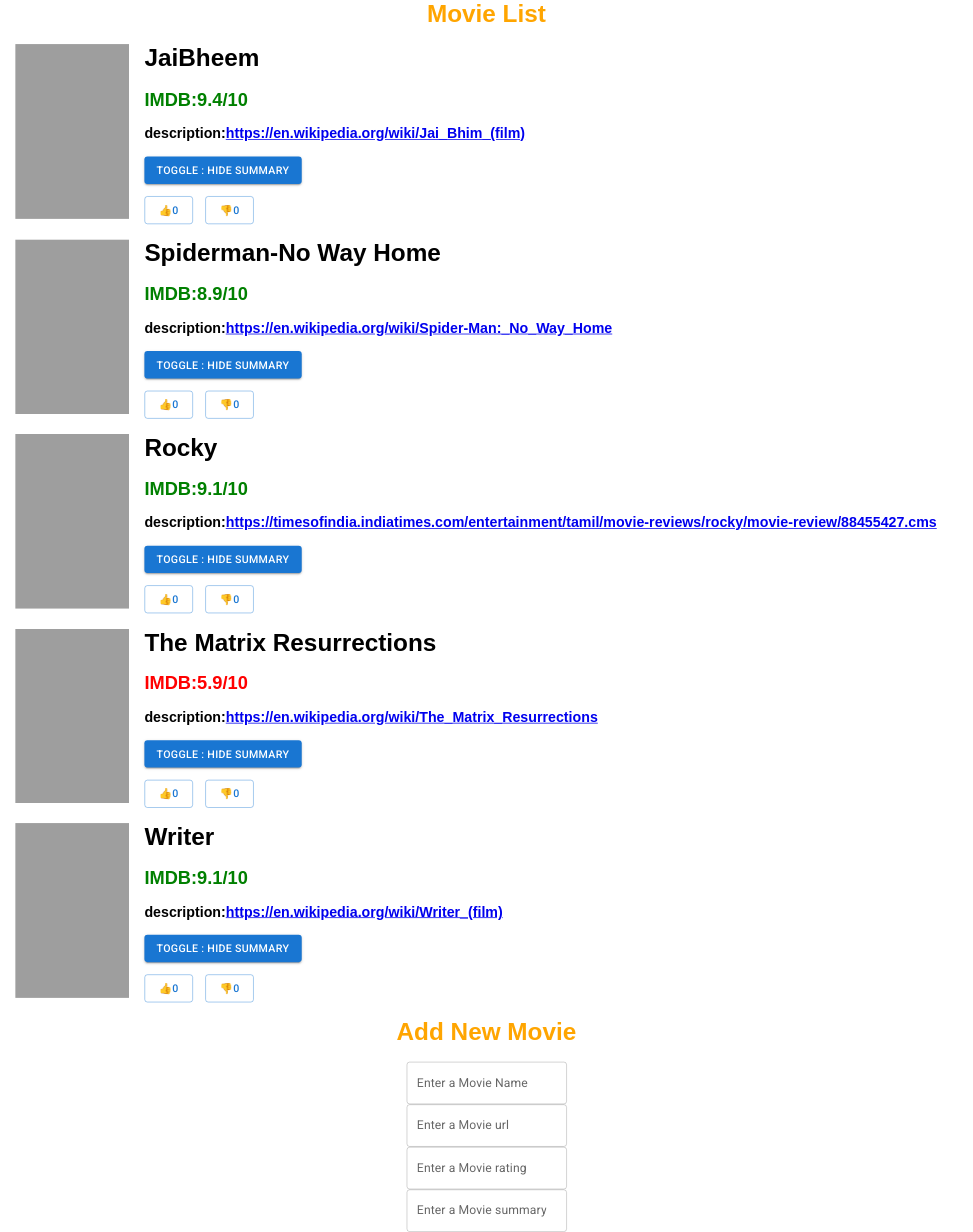
Repository: baladhinesh18/first-app
Page: /
The author's editor kept a copy of each file at every save. The page is drawn from the files as they stood at one save, then again after the next save.
The browser window is 1280 px wide. The pictures show the whole page, at 76% of full size.
Pictures or frames that could not be fetched are drawn as grey boxes. The project was rebuilt for these pictures with package versions that can differ from the ones it lists, and the page was loaded fresh each time.

Above is the page before, as saved 2022-01-07 13:43:24.

### public/index.html
<!DOCTYPE html>
<html lang="en">
  <head>
    <meta charset="utf-8" />
    <!-- <link rel="icon" href="%PUBLIC_URL%/favicon.ico" /> -->
    <meta name="viewport" content="width=device-width, initial-scale=1" />
    <meta name="theme-color" content="#000000" />
    <meta
      name="description"
      content="Web site created using create-react-app"
    />
    <!-- <link rel="apple-touch-icon" href="%PUBLIC_URL%/logo192.png" /> -->
    <!--
      manifest.json provides metadata used when your web app is installed on a
      user's mobile device or desktop. See https://developers.google.com/web/fundamentals/web-app-manifest/
    -->
    <!-- <link rel="manifest" href="%PUBLIC_URL%/manifest.json" /> -->
    <!--
      Notice the use of %PUBLIC_URL% in the tags above.
      It will be replaced with the URL of the `public` folder during the build.
      Only files inside the `public` folder can be referenced from the HTML.

      Unlike "/favicon.ico" or "favicon.ico", "%PUBLIC_URL%/favicon.ico" will
      work correctly both with client-side routing and a non-root public URL.
      Learn how to configure a non-root public URL by running `npm run build`.
    -->
    <link
  rel="stylesheet"
  href="https://fonts.googleapis.com/css?family=Roboto:300,400,500,700&display=swap"
/>
<link
  rel="stylesheet"
  href="https://fonts.googleapis.com/icon?family=Material+Icons"
/>
    <title>New Movies</title>
  </head>
  <body>
    <noscript>You need to enable JavaScript to run this app.</noscript>
    <div id="root"></div>
    <!--
      This HTML file is a template.
      If you open it directly in the browser, you will see an empty page.

      You can add webfonts, meta tags, or analytics to this file.
      The build step will place the bundled scripts into the <body> tag.

      To begin the development, run `npm start` or `yarn start`.
      To create a production bundle, use `npm run build` or `yarn build`.
    -->
  </body>
</html>

### src/App.js

import './App.css';
import {useState} from "react";
import Button from '@mui/material/Button';
import TextField from '@mui/material/TextField';
function App() {
  let users = [
    {
      name: "JaiBheem",
      url:
      "https://encrypted-tbn3.gstatic.com/images?q=tbn:ANd9GcQm8U_-RJoMKrgvpIVLbDV8ovuHIp-p_Ls5I7WHaXJUUCbhjQVd",
      rating:"9.4",
      summary:"https://en.wikipedia.org/wiki/Jai_Bhim_(film)"
    },
    {
      name: "Spiderman-No Way Home",
      url:
      "https://www.thehindubusinessline.com/news/variety/4sw3ar/article37984362.ece/ALTERNATES/PORTRAIT_355/Spider-Man---No-Way-Home-Poster-Pic-Credit---Marvel",
      rating:"8.9",
      summary:"https://en.wikipedia.org/wiki/Spider-Man:_No_Way_Home"
    },
    {
      name: "Rocky",
      url:
      "https://static.toiimg.com/thumb/msid-88435003,width-219,height-317,imgsize-16192/88435003.jpg",
      rating:"9.1",
      summary:"https://timesofindia.indiatimes.com/entertainment/tamil/movie-reviews/rocky/movie-review/88455427.cms"
    },
    {
      name: " The Matrix Resurrections",
      url:
      "https://encrypted-tbn0.gstatic.com/images?q=tbn:ANd9GcQHjE4eApjpFWlpAdiC_aFG2FkfvimiGW0TK4mB-hc_T4Uitj9J",
      rating:"5.9",
      summary:"https://en.wikipedia.org/wiki/The_Matrix_Resurrections"
    },
    {
      name: "Writer",
      url:
      "https://static.moviecrow.com/gallery/20210414/185058-Ey6W3Z2VoAMu4P2%20(1).jpg",
      rating:"9.1",
      summary:"https://en.wikipedia.org/wiki/Writer_(film)"
    }
  ];
  return (
    <div className="App">
     <h1 className="lor">Movie List</h1>
      {users.map(({ name, url ,rating,summary}) => (
        <Starting key={url} nme={name} ur={url} rat={rating} des={summary} >
        </Starting>
      ))}

      <h1 className="lor">Add New Movie</h1>
      <div  className="btn">
      <TextField id="outlined-basic" label="Enter a Movie Name" variant="outlined" className="bncs" />
      <TextField id="outlined-basic" label="Enter a Movie url" variant="outlined" />
      <TextField id="outlined-basic" label="Enter a Movie rating" variant="outlined" />
      <TextField id="outlined-basic" label="Enter a Movie summary" variant="outlined" />
      {/* <Counter/> */}
      </div>
    </div>
  );
}
function Counter(){
const [like,setLike]=useState(0);
const[dislike,setDislike]=useState(0);
return(
  <div className="vacls">
  <Button onClick={()=>setLike(like+1)}   variant="outlined" style={{margin:'0 1rem 0 0 '}}>👍{like}</Button>
  <Button onClick={()=>setDislike(dislike+1)}   variant="outlined" >👎{dislike}</Button>
  {/* <h1>{like}</h1> */}
  </div>
)}

function Starting({ nme, ur,rat,des }) {
const styles={color: rat>=8.5? "green":"red"};
const[isHide,setIsHide]=useState(true);

  return (
    <div>
    <div className="ro">
     <img src={ur} className="mg" alt={nme} />
      <div className="col">
      <h1> {nme}</h1>
      <h2 style={styles}>IMDB:{rat}/10</h2>
      { isHide?<h3>description:<a href={des}>{des}</a></h3>:null}
      {/* <h3>description:<a href={des}>{des}</a></h3> */}
      <div>
    <Button onClick={()=>setIsHide(!isHide)} variant="contained">Toggle : Hide summary</Button>
    </div>
    <Counter/>
      </div>
    </div>
    </div>
  );
}

// function ColorBox(){

// }

export default App;

### src/App.css
.App {
  font-family: sans-serif;
  text-align: center;
}
.mg {
  height: 230px;
  width: 150px;
  object-fit: center;
}
.ro{
display: flex;
flex-direction: row;
margin-left: 20px;
margin-bottom: 20px;
}
.col{
  display:flex;
  flex-direction: column;
  align-items: flex-start;
margin-left: 20px;
}
.lor{
color:orange;
}
h1,h2,h3{
  margin-top: 0px;
  gap: 1rem;
}
button{
  margin-bottom: 1rem;
}
.vacls{
margin-top: 1rem;
margin-right: 1rem;
}
.btn{
  display: flex;
  flex-direction: column;
  justify-content: center;
  align-items: center;
 }

Loaded but not shown: src/index.js (common file); src/index.css (common file); src/reportWebVitals.js (common file)

After the next save:
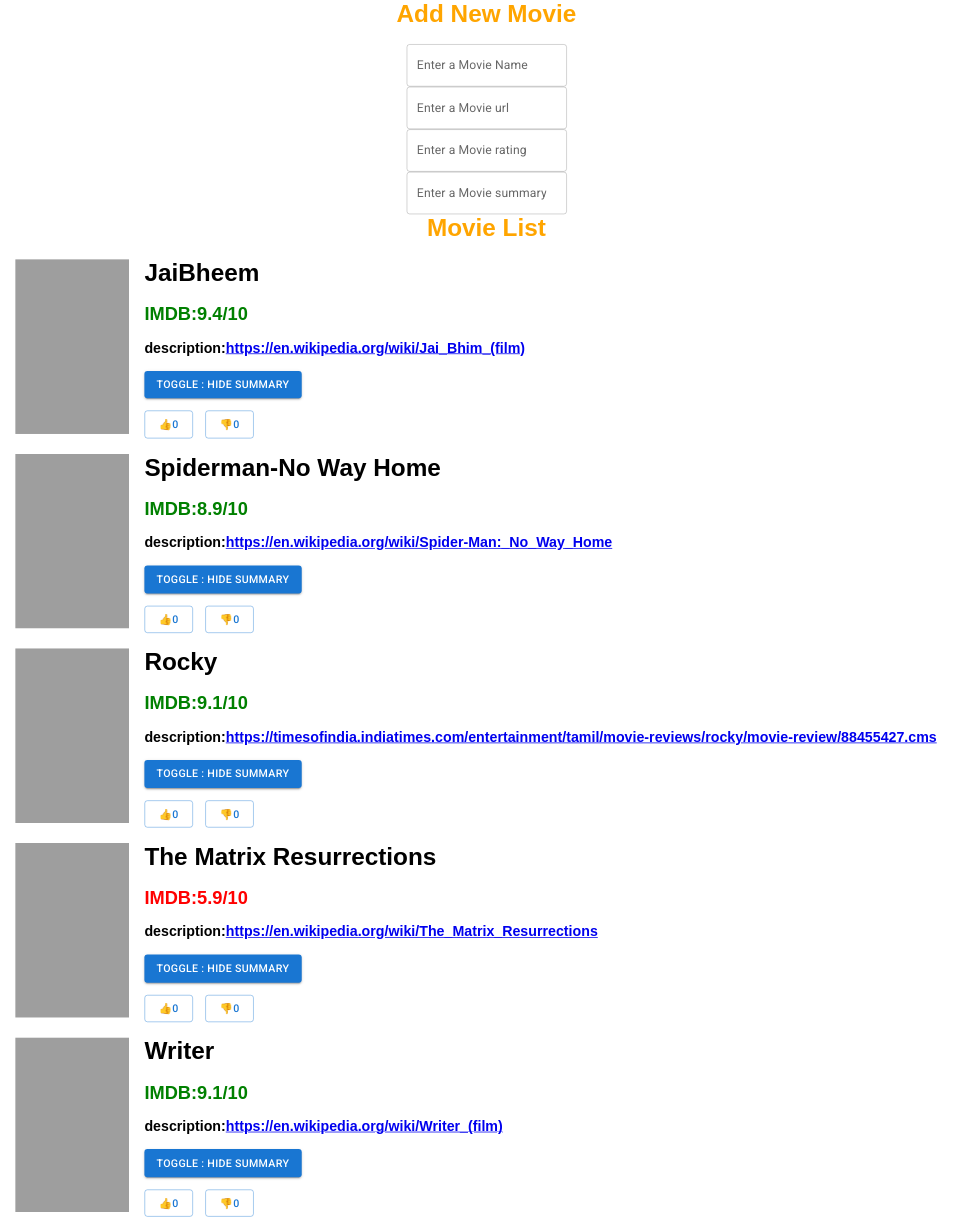
Saved 39 min 11 s later.
--- a/src/App.js
+++ b/src/App.js
@@ -43,13 +43,7 @@
   ];
   return (
     <div className="App">
-     <h1 className="lor">Movie List</h1>
-      {users.map(({ name, url ,rating,summary}) => (
-        <Starting key={url} nme={name} ur={url} rat={rating} des={summary} >
-        </Starting>
-      ))}
-
-      <h1 className="lor">Add New Movie</h1>
+    <h1 className="lor">Add New Movie</h1>
       <div  className="btn">
       <TextField id="outlined-basic" label="Enter a Movie Name" variant="outlined" className="bncs" />
       <TextField id="outlined-basic" label="Enter a Movie url" variant="outlined" />
@@ -57,6 +51,13 @@
       <TextField id="outlined-basic" label="Enter a Movie summary" variant="outlined" />
       {/* <Counter/> */}
       </div>
+     <h1 className="lor">Movie List</h1>
+      {users.map(({ name, url ,rating,summary}) => (
+        <Starting key={url} nme={name} ur={url} rat={rating} des={summary} >
+        </Starting>
+      ))}
+
+
     </div>
   );
 }
